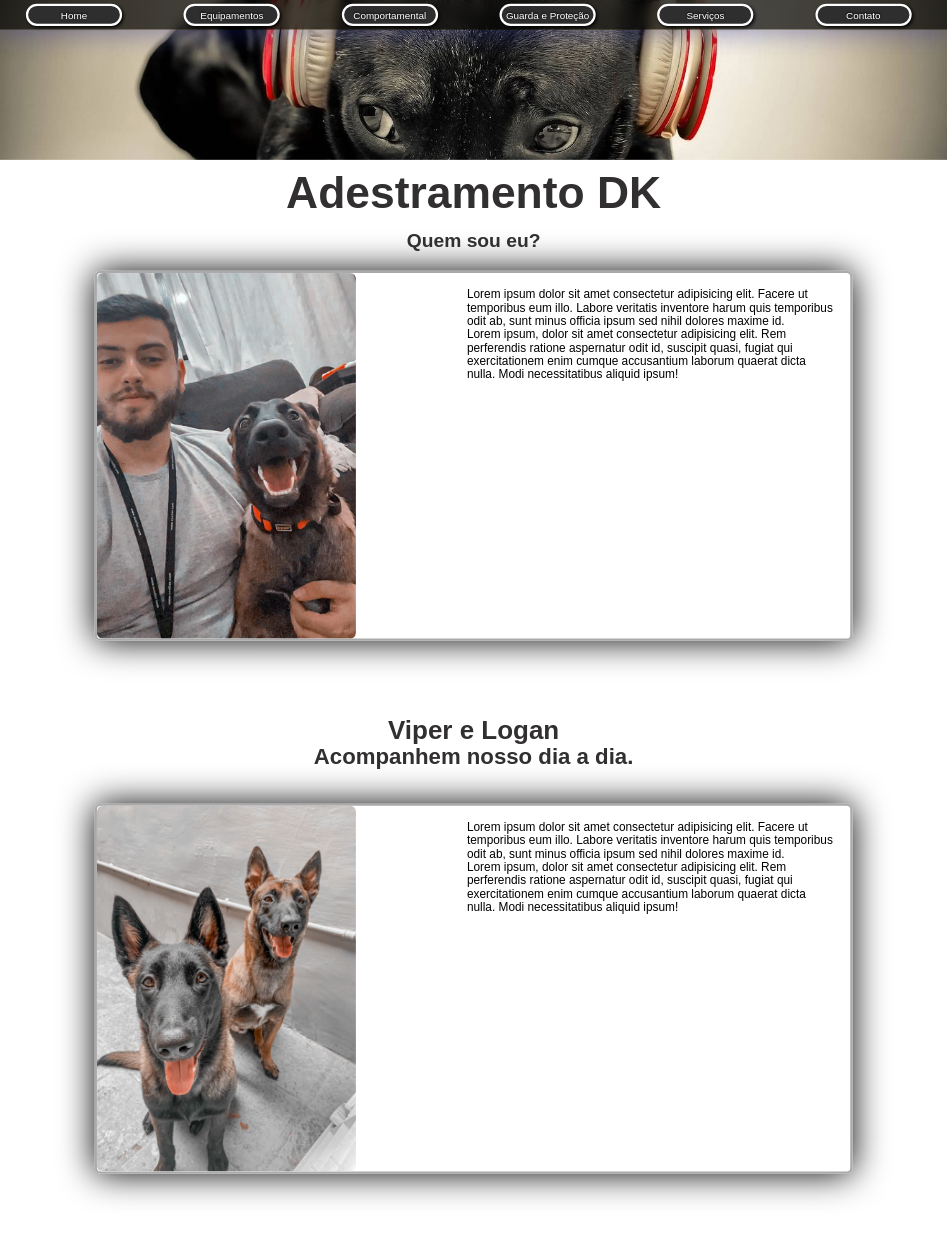
Repository: KevynMarques/Blog-React-StyledComponent
Page: /
These files come from the project's save history. The page is drawn as it stood at one moment and after the next save; the edit follows.
The browser window is 1280 px wide. The pictures show the whole page, at 74% of full size.
The project was rebuilt for these pictures with package versions that can differ from the ones it lists, and the page was loaded fresh each time.

Above is the page before, as saved 2022-02-01 20:14:05.

After the next save:
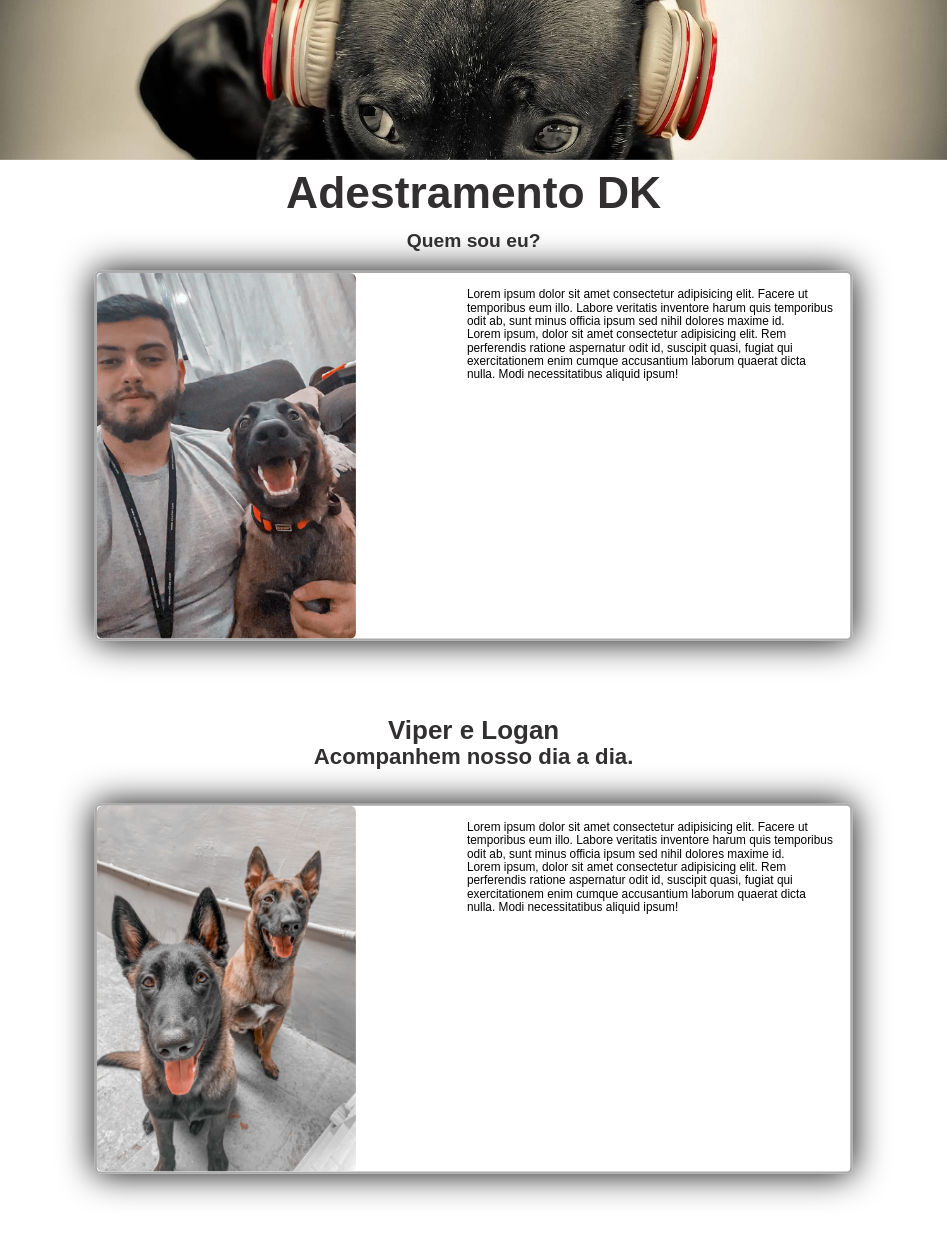
Saved 29 s later.
--- a/src/Components/Geral/index.jsx
+++ b/src/Components/Geral/index.jsx
@@ -8,7 +8,6 @@ export default () => {
   return (
 
     <>
-    <Home />
     <Header />
     <Sobre />
     </>

After the 2 saves that followed:
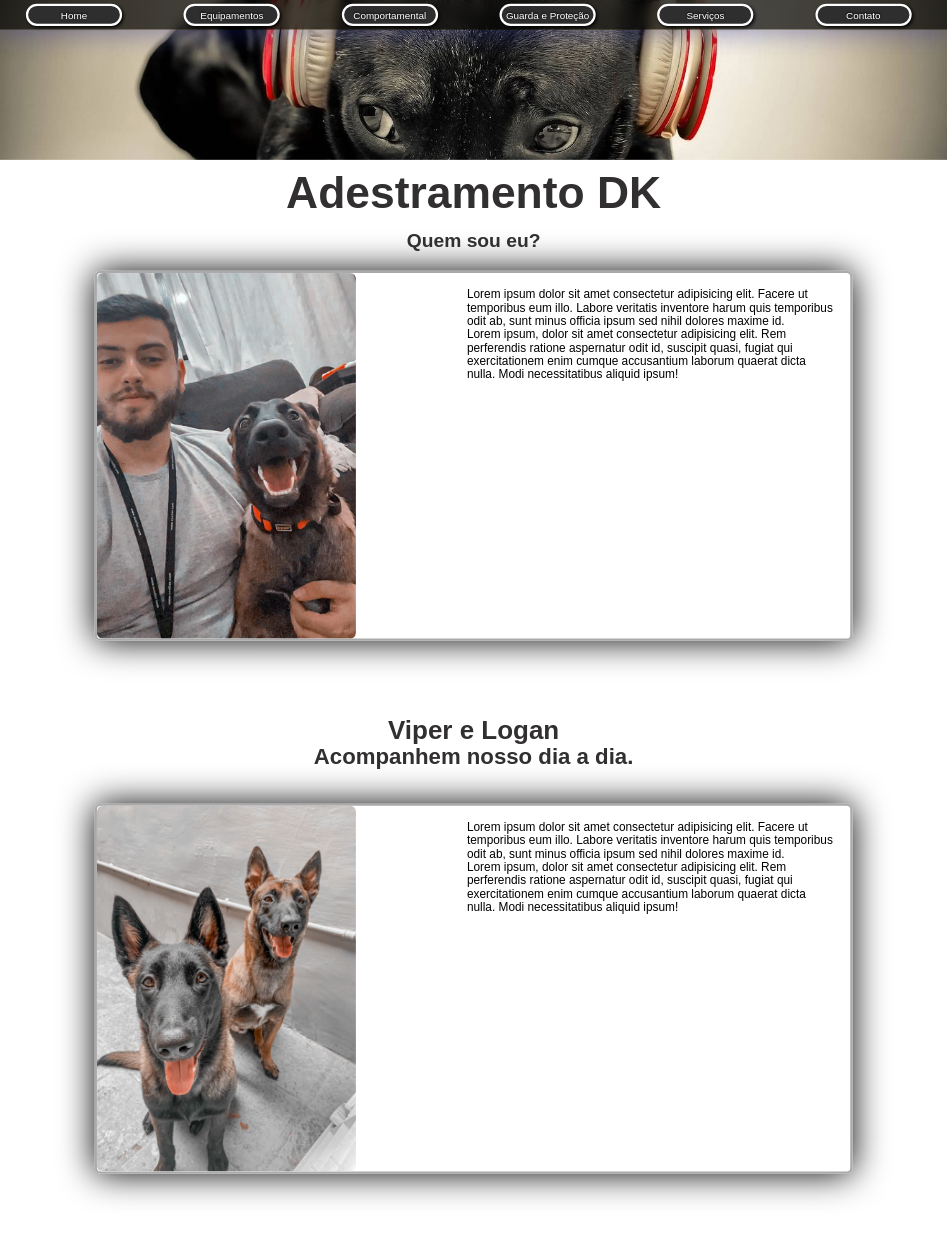
The 2 saves are shown as one change because they came seconds apart.
The last was saved 11 s later.
--- a/src/App.js
+++ b/src/App.js
@@ -11,6 +11,7 @@ function App() {
 
   return (
     <>
+    <Home />
     <Geral />
     <GlobalStyle/>
     </>
